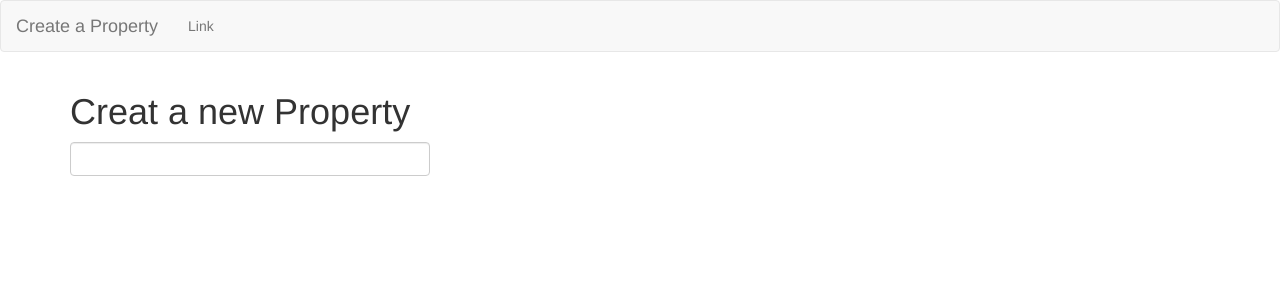
Repository: djoysilva/vivaRealChallenge
Page: http://localhost/vivaReal2.0/createProperty.jsp
These files come from the project's save history. The page is drawn as it stood at one moment and after the next save; the edit follows.
The browser window is 1280 px wide. The pictures show the whole page.
The page is served by Tomcat 9. Other server files are loaded and not shown.

Above is the page before, as saved 2016-11-02 20:47:31.

### VivaRealWorkSpace/vivaReal2.0/WebContent/createProperty.jsp
<%@ page language="java" contentType="text/html; charset=ISO-8859-1"
    pageEncoding="ISO-8859-1"%>
<!DOCTYPE html PUBLIC "-//W3C//DTD HTML 4.01 Transitional//EN" "http://www.w3.org/TR/html4/loose.dtd">
<html>
<head>
<meta http-equiv="Content-Type" content="text/html; charset=ISO-8859-1">
<%@ include file = "include.jsp"%>
<title>Create a new property</title>
</head>
<body>
	<%@ include file = "menu.jsp" %>
	<div class = "container">
		<h1>Creat a new Property</h1>
			<div class = "row">
				<div class = "col-md-4">
					<form action="createProperty" method="post">
						<input type="hidden" name="action" value="create">
						<div class = "form-control">

						</div>
						</form>
				</div>
			</div>
	</div>
</body>
</html>

### VivaRealWorkSpace/vivaReal2.0/WebContent/include.jsp
<link rel = "stylesheet" type = "text/css" href="css/bootstrap.min.css">

### VivaRealWorkSpace/vivaReal2.0/WebContent/menu.jsp
<nav class="navbar navbar-default">
  <div class="container-fluid">
    <!-- Brand and toggle get grouped for better mobile display -->
    <div class="navbar-header">
      <button type="button" class="navbar-toggle collapsed" data-toggle="collapse" data-target="#bs-example-navbar-collapse-1" aria-expanded="false">
        <span class="sr-only">Toggle navigation</span>
        <span class="icon-bar"></span>
        <span class="icon-bar"></span>
        <span class="icon-bar"></span>
      </button>
      <a class="navbar-brand" href="createProperty.jsp">Create a Property</a>
    </div>

    <!-- Collect the nav links, forms, and other content for toggling -->
    <div class="collapse navbar-collapse" id="bs-example-navbar-collapse-1">
      <ul class="nav navbar-nav">
        <li><a href="#">Link</a></li>
      </ul>
    </div><!-- /.navbar-collapse -->
  </div><!-- /.container-fluid -->
</nav>

Loaded but not shown: VivaRealWorkSpace/vivaReal2.0/WebContent/css/bootstrap.min.css (library)

After the next save:
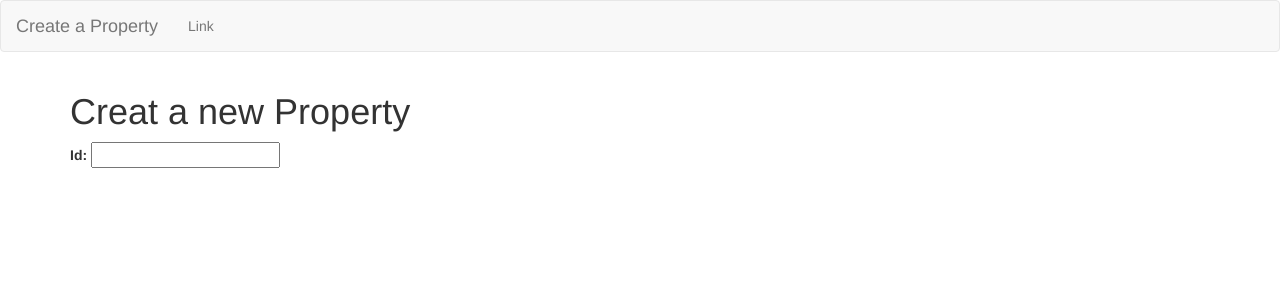
Saved 102 s later.
--- a/VivaRealWorkSpace/vivaReal2.0/WebContent/createProperty.jsp
+++ b/VivaRealWorkSpace/vivaReal2.0/WebContent/createProperty.jsp
@@ -15,8 +15,9 @@
 				<div class = "col-md-4">
 					<form action="createProperty" method="post">
 						<input type="hidden" name="action" value="create">
-						<div class = "form-control">
-
+						<div class = "form-group">
+							<label for="idId">Id:</label>
+							<input type="text" name="id" id="idId">
 						</div>
 						</form>
 				</div>
